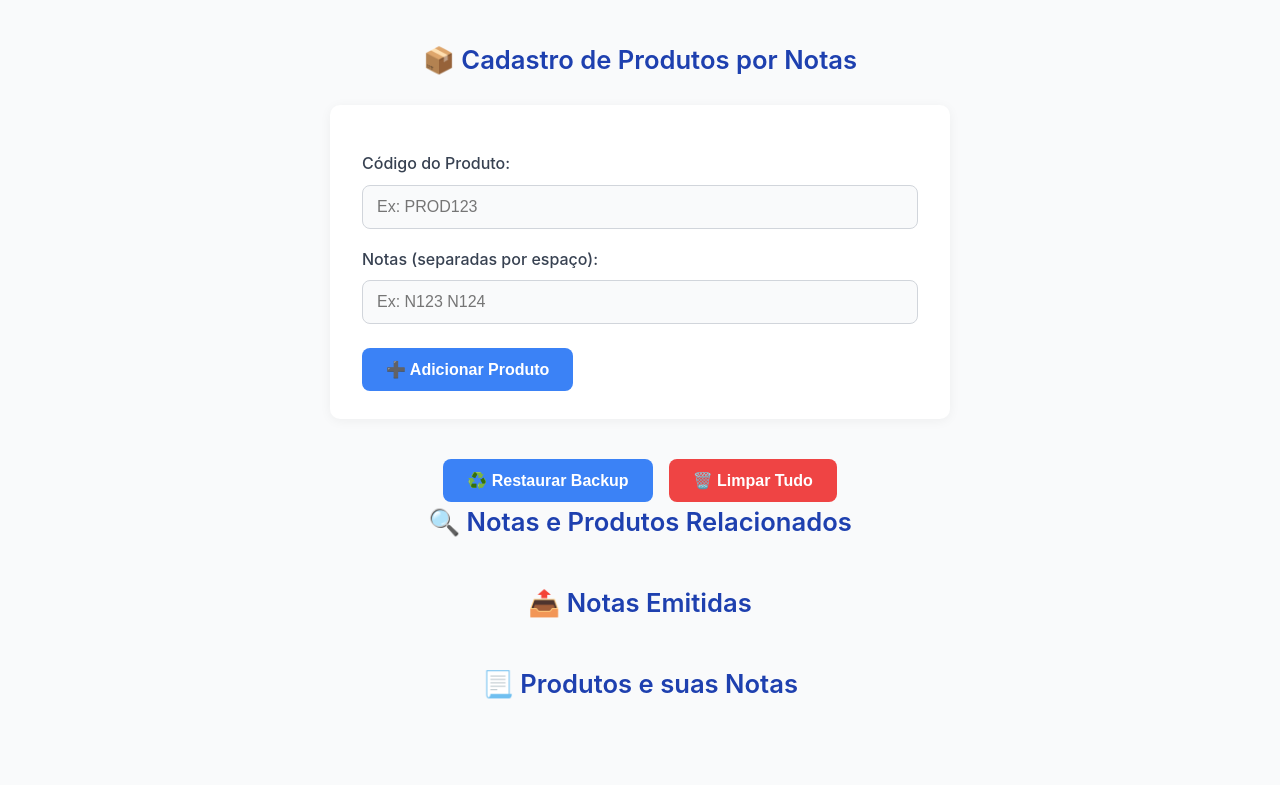
Repository: meiotera/cadastroNotasProdutos
Page: index.html
The author's editor kept a copy of each file at every save. The page is drawn from the files as they stood at one save, then again after the next save.
The browser window is 1280 px wide. The pictures show the whole page.

Above is the page before, as saved 2025-06-11 13:56:34.
Console error: TypeError: Cannot read properties of null (reading 'addEventListener')

After the next save:
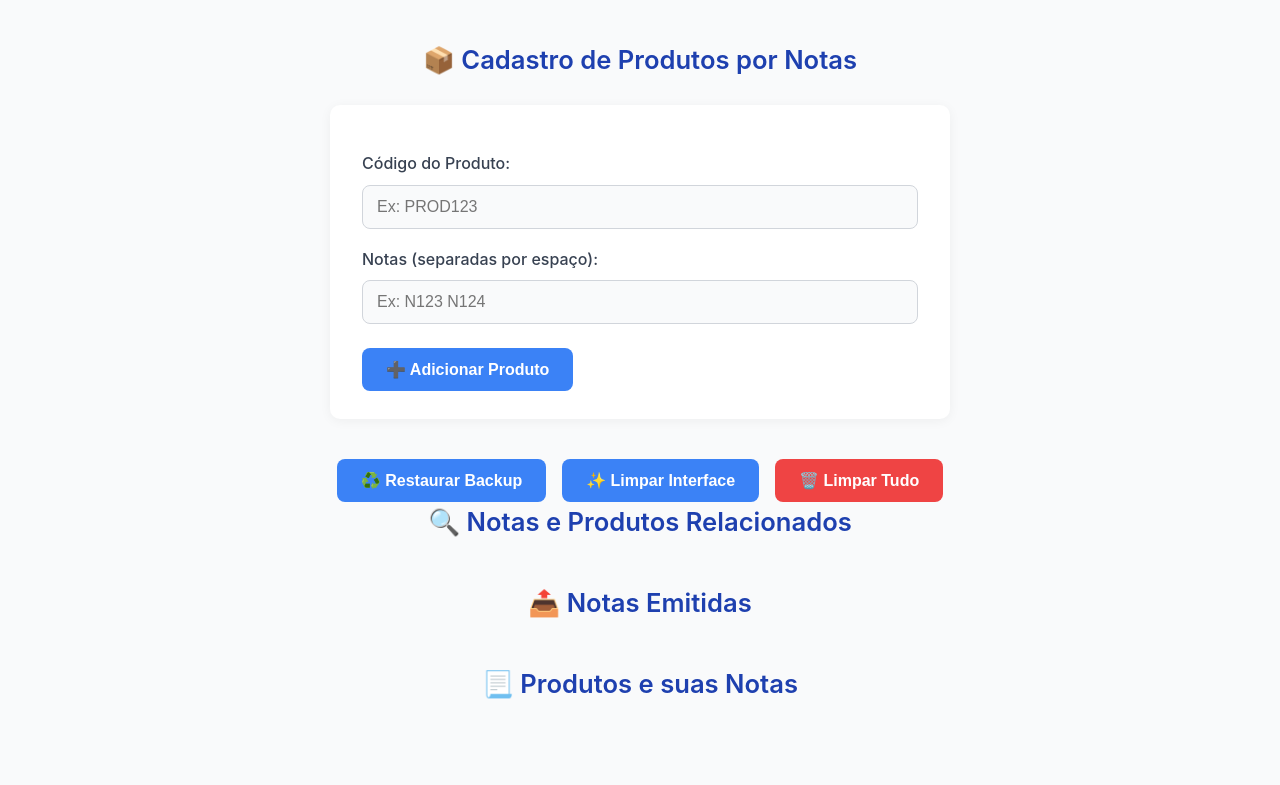
The error is gone.
Saved 2 s later.
--- a/index.html
+++ b/index.html
@@ -24,6 +24,7 @@
 
     <div class="botoes-secundarios">
       <button id="restaurarBackup">♻️ Restaurar Backup</button>
+      <button id="limparInterfaceBtn" class="limpar-btn-interface">✨ Limpar Interface</button>
       <button id="limparDados" class="limpar-btn">🗑️ Limpar Tudo</button>
     </div>
 
